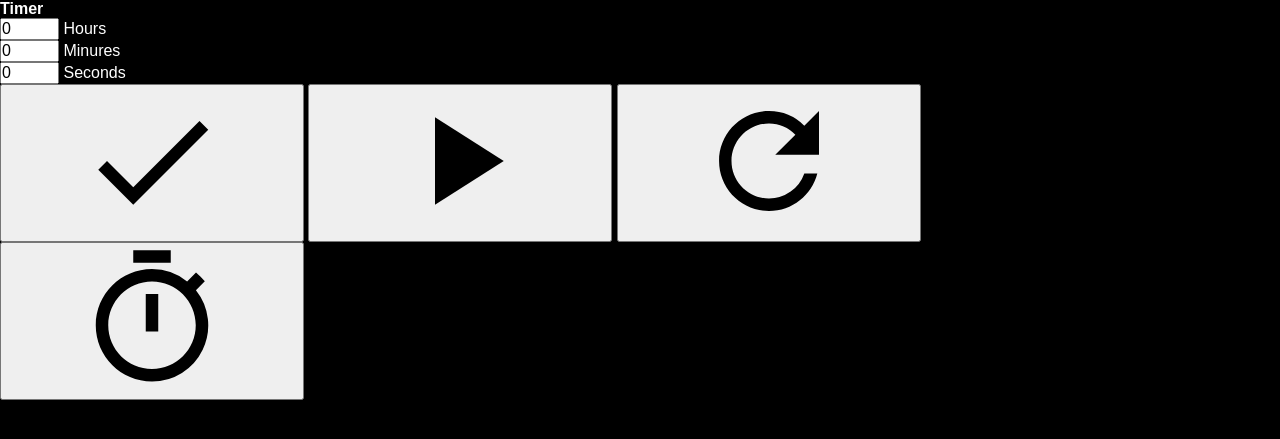
Repository: KrzysKolo/Projekt-12_Timer
Page: index.html
These files come from the project's save history. The page is drawn as it stood at one moment and after the next save; the edit follows.
The browser window is 1280 px wide. The pictures show the whole page.
Some web fonts or font styles are not loaded; a fallback is used.

Above is the page before, as saved 2020-06-24 19:50:50.

### index.html
<!DOCTYPE html>
<html lang="en">
  <head>
    <meta charset="UTF-8" />
    <meta name="viewport" content="width=device-width, initial-scale=1.0" />
    <title>Taimer</title>
    <link
      href="https://fonts.googleapis.com/css2?family=Aldrich&family=Press+Start+2P&display=swap"
      rel="stylesheet"
    />

    <link rel="stylesheet" href="./css/style.css" />
  </head>
  <body>
    <main class="timer">
      <header class="timer__header">
        <h1 class="timer__heading">
          Timer
        </h1>
      </header>
      <article class="timer__clock">
        <!-- input hours-->
        <section class="clock">
          <input
            type="number"
            name="hours"
            id="hours"
            value="0"
            min="0"
            max="99"
            class="clock__input"
            data-timer-input__hours
          />
          <label for="hours" class="clock__label">Hours</label>
        </section>
        <!-- input minutes-->
        <section class="clock">
          <input
            type="number"
            name="minutes"
            id="minutes"
            value="0"
            min="0"
            max="59"
            class="clock__input"
            data-timer-input__minutes
          />
          <label for="minutes" class="clock__label">Minures</label>
        </section>
        <!-- input seconds -->
        <section class="clock">
          <input
            type="number"
            name="seconds"
            id="seconds"
            value="0"
            min="0"
            max="59"
            class="clock__input"
            data-timer-input__seconds
          />
          <label for="seconds" class="clock__label">Seconds</label>
        </section>
      </article>
      <article class="timer__buttons">
        <!-- button 1 -->
        <button class="button">
          <svg class="button__icon">
            <use xlink:href="./assets/icons/sprite.svg#done-24px"></use>
          </svg>
        </button>
        <!-- button 2 -->
        <button class="button">
          <svg class="button__icon">
            <use xlink:href="./assets/icons/sprite.svg#play_arrow-24px"></use>
          </svg>
        </button>
        <!-- button 3 -->
        <button class="button">
          <svg class="button__icon">
            <use xlink:href="./assets/icons/sprite.svg#refresh-24px"></use>
          </svg>
        </button>
        <!-- dźwięk -->
        <section class="timer__audio">
          <audio src="./assets/sounds/alarm.mp3" loop></audio>
          <button class="button">
            <svg class="button__icon button__icon--alarm">
              <use xlink:href="./assets/icons/sprite.svg#timer-24px"></use>
            </svg>
          </button>
        </section>
      </article>
    </main>
  </body>
</html>

### css/style.css
*,
*::before,
*::after {
  padding: 0;
  margin: 0;
  box-sizing: inherit;
  font-size: 16px;
}
body {
  box-sizing: border-box;
  color: #fff;
  font-family: "Aldrich", sans-serif;
}
.timer {
  width: 100vw;
  height: 100vh;
  background-color: #000;
}

After the next save:
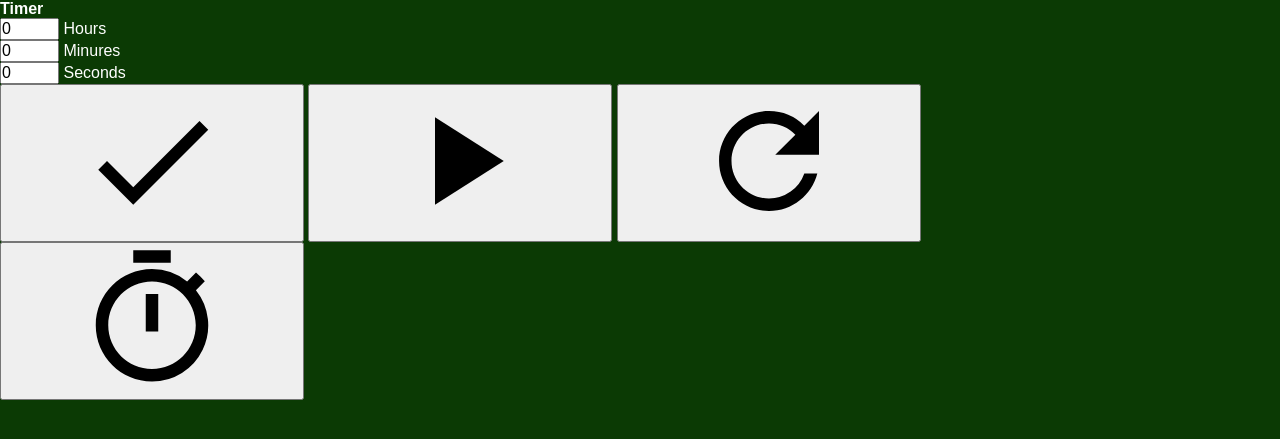
Saved 62 s later.
--- a/css/style.css
+++ b/css/style.css
@@ -14,5 +14,5 @@ body {
 .timer {
   width: 100vw;
   height: 100vh;
-  background-color: #000;
+  background-color: #0b3a04;
 }
